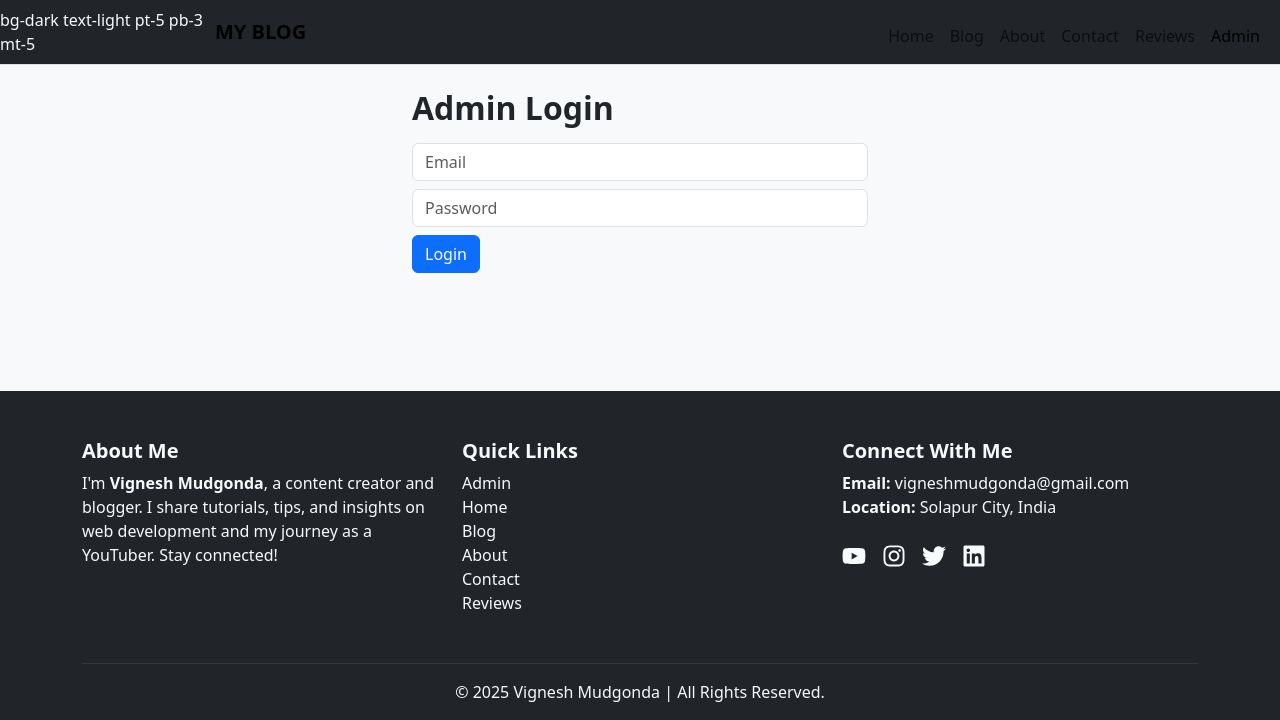
Repository: vigneshmudgonda/Blog2
Page: /login (app in blog-frontend-full/)
The author's editor kept a copy of each file at every save. The page is drawn from the files as they stood at one save, then again after a run of saves.
The browser window is 1280 px wide. The pictures show the whole page.
The page's requests for data from a server got no answer. The project was rebuilt for these pictures with package versions that can differ from the ones it lists, and the page was loaded fresh each time. No one was signed in, and anything a server would have sent is missing. Also part of the build but not shown: blog-frontend-full/src/pages/Home.js, blog-frontend-full/src/pages/BlogList.js, blog-frontend-full/src/pages/BlogDetail.js, blog-frontend-full/src/pages/Reviews.js, blog-frontend-full/src/pages/Contact.js, blog-frontend-full/src/pages/About.js.

Above is the page before, as saved 2025-08-19 19:40:06.

After the next 2 saves:
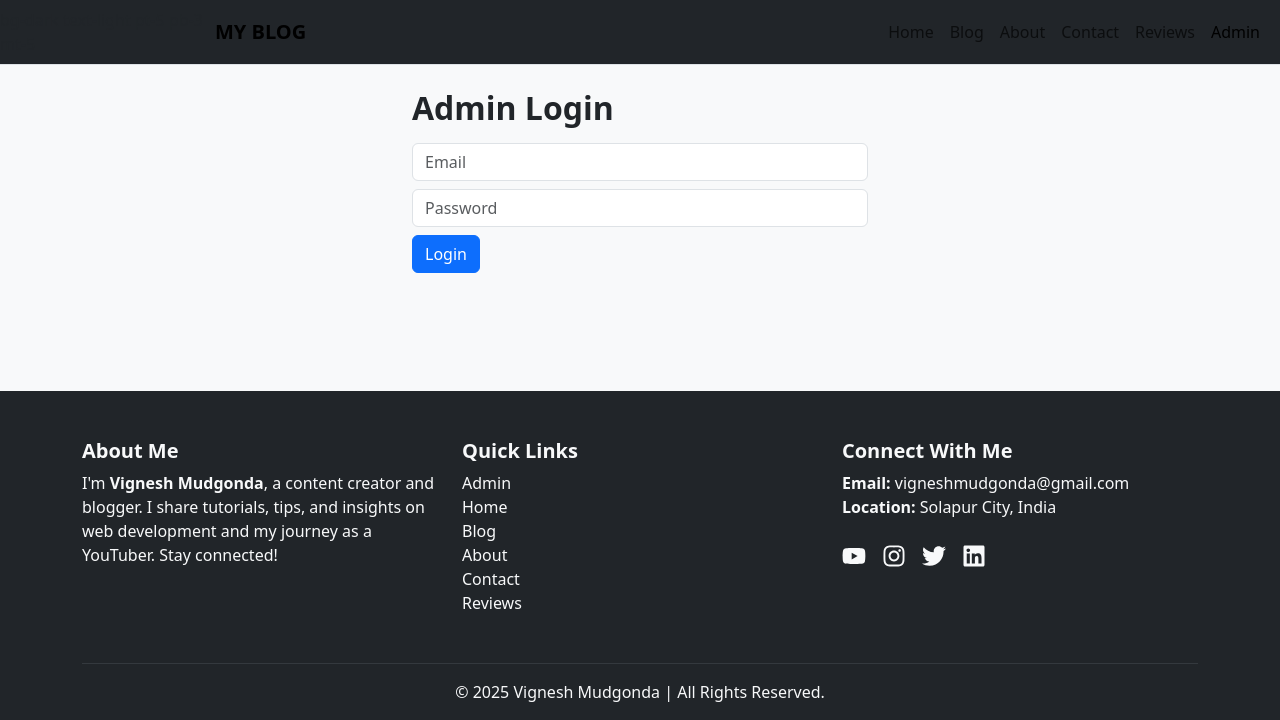
The 2 saves are shown as one change because they came seconds apart.
The last was saved 16 s later.
--- a/blog-frontend-full/src/components/Navbar.js
+++ b/blog-frontend-full/src/components/Navbar.js
@@ -3,13 +3,13 @@ import { Link, NavLink } from 'react-router-dom';
 
 export default function Navbar(){
   return (
-    <nav className="navbar navbar-expand-lg bg-dark text-light border-bottom sticky-top">bg-dark text-light pt-5 pb-3 mt-5
+    <nav className="navbar navbar-expand-lg bg-dark text border-bottom sticky-top">bg-dark text-light pt-5 pb-3 mt-5
       <div className="container">
         <Link className="navbar-brand fw-bold" to="/">MY BLOG</Link>
         <button className="navbar-toggler" type="button" data-bs-toggle="collapse" data-bs-target="#nav">
           <span className="navbar-toggler-icon"></span>
         </button>
-        <div id="nav" className="collapse navbar-collapse text-light pt-2">
+        <div id="nav" className="collapse navbar-collapse ">
           <ul className="navbar-nav ms-auto">
             <li className="nav-item"><NavLink end className="nav-link" to="/">Home</NavLink></li>
             <li className="nav-item"><NavLink className="nav-link" to="/blog">Blog</NavLink></li>
